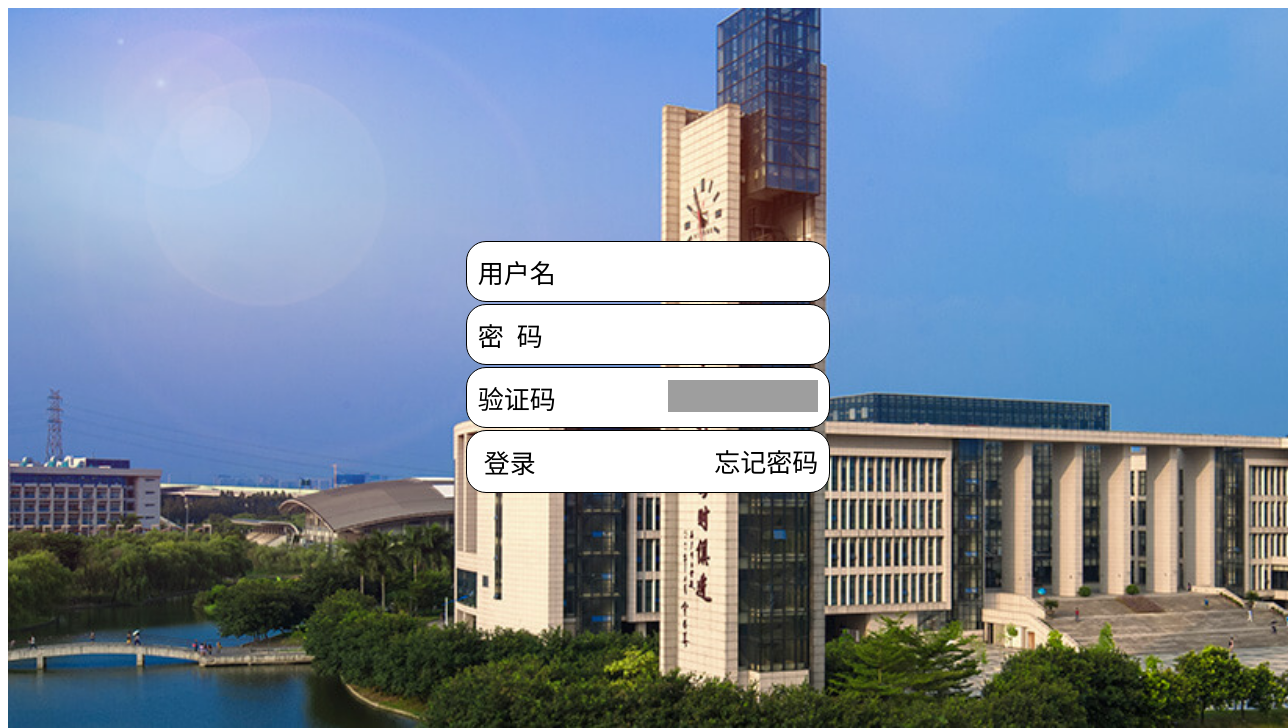
Repository: IAmJiangWenHao/ReportServer
Page: demo.html
An editor plug-in stored every save of this project. The page is shown before and after the next save, followed by the edit.
The browser window is 1280 px wide. The page is 1288 px wide, so the pictures cover 1288 px, including what lies to the right of the window. The pictures show the whole page.
Pictures or frames that could not be fetched are drawn as grey boxes.

Above is the page before, as saved 2023-05-16 12:21:10.

After the next save:
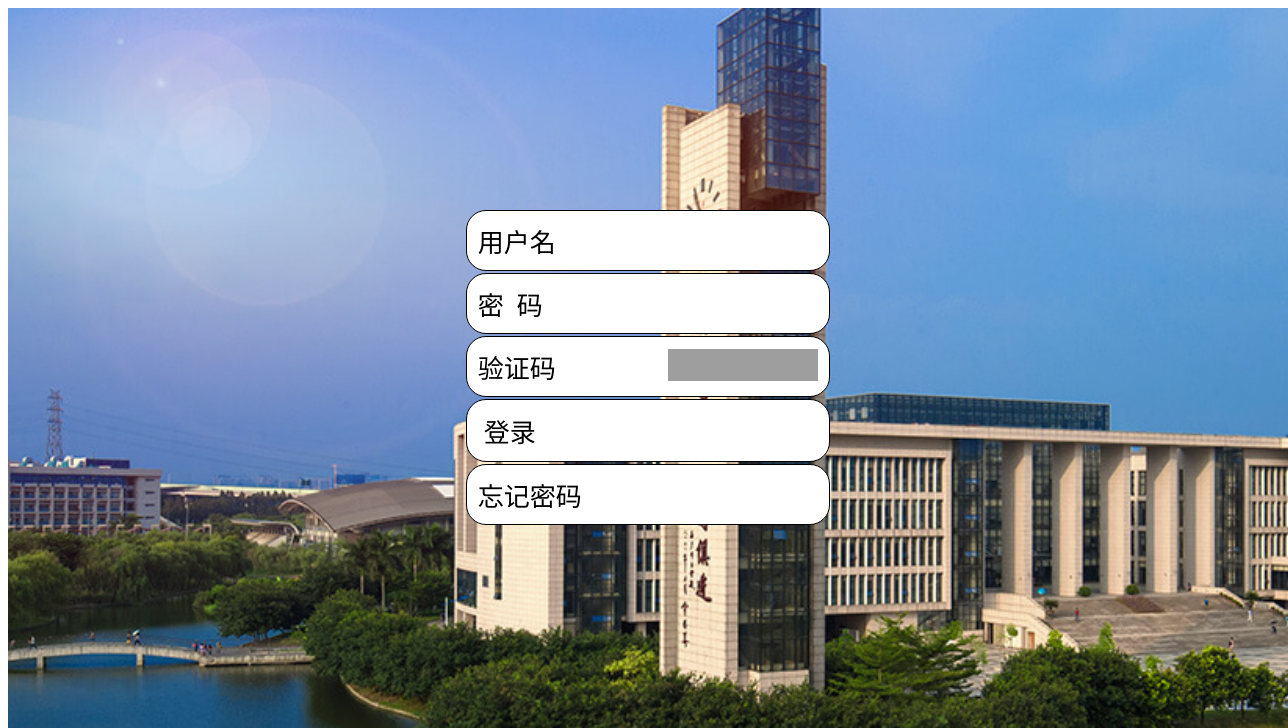
Saved 16 s later.
--- a/demo.html
+++ b/demo.html
@@ -114,17 +114,17 @@
             <!-- id为img的页面元素,显示验证码图像；src="CheckcodeServlet"中，CheckcodeServlet待后续实现-->
           </td>
         </tr>
-        <tr>
-          <div>
+        <div>
+          <tr>
             <td><input style="font-size: 26px" type="submit" value="登录">
             </td>
-          </div>
-          <div>
+          </tr>
+          <tr>
             <td>
               <font><a href="forgetPassword.jsp">忘记密码 </a> </font>
             </td>
-          </div>
-        </tr>
+          </tr>
+        </div>
       </table>
     </form>
     </div>

After the 4 saves that followed:
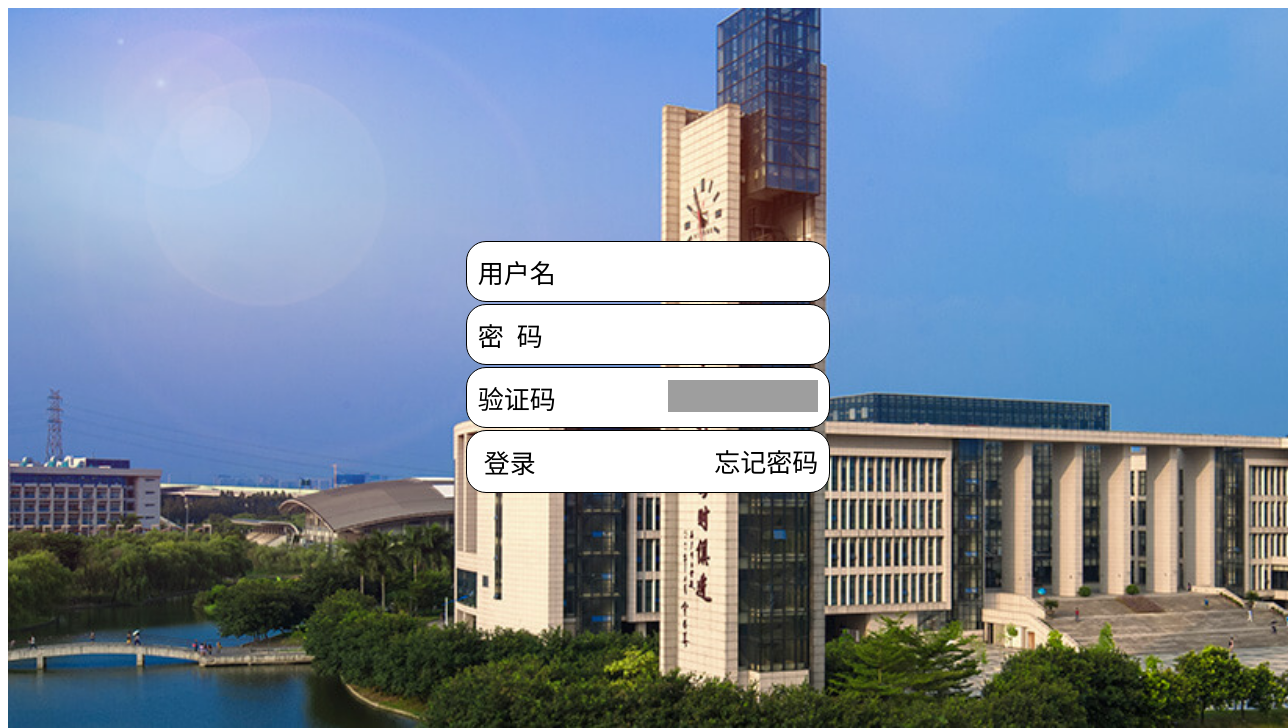
The 4 saves are shown as one change because 3 left the picture as it was.
The last was saved 105 s later.
--- a/demo.html
+++ b/demo.html
@@ -114,17 +114,13 @@
             <!-- id为img的页面元素,显示验证码图像；src="CheckcodeServlet"中，CheckcodeServlet待后续实现-->
           </td>
         </tr>
-        <div>
           <tr>
             <td><input style="font-size: 26px" type="submit" value="登录">
             </td>
-          </tr>
-          <tr>
             <td>
               <font><a href="forgetPassword.jsp">忘记密码 </a> </font>
             </td>
           </tr>
-        </div>
       </table>
     </form>
     </div>
